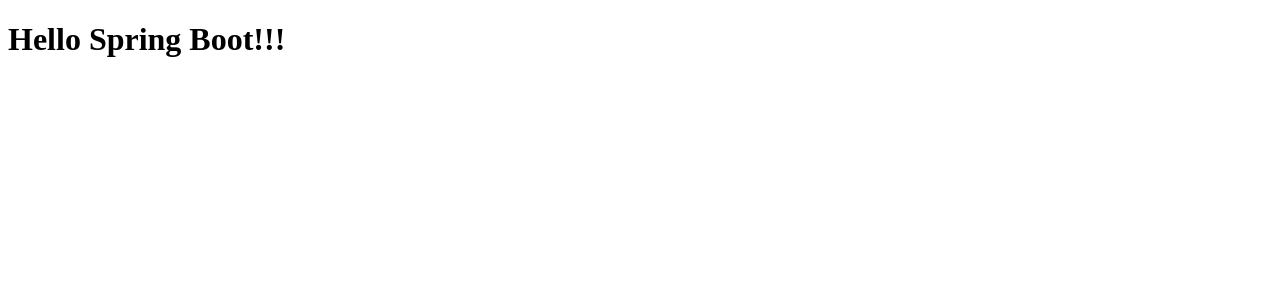
Repository: yuqiyich/chat_server
Page: src/main/resources/templates/main.html
An editor plug-in stored every save of this project. The page is shown before and after the next save, followed by the edit.
The browser window is 1280 px wide. The pictures show the whole page.

Above is the page before, as saved 2020-02-20 21:09:49.

After the next save:
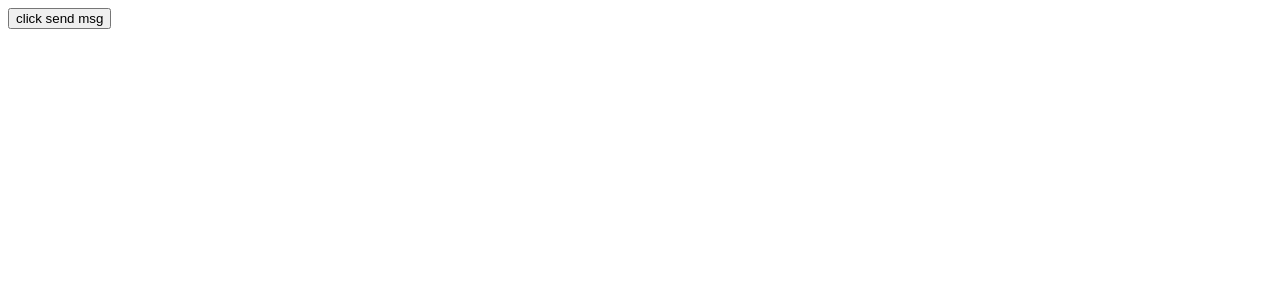
Saved 41 s later.
--- a/src/main/resources/templates/main.html
+++ b/src/main/resources/templates/main.html
@@ -5,6 +5,6 @@
     <title>第一个HTML页面</title>
 </head>
 <body>
-<h1>Hello Spring Boot!!!</h1>
+<button >click send msg</button>
 </body>
 </html>
